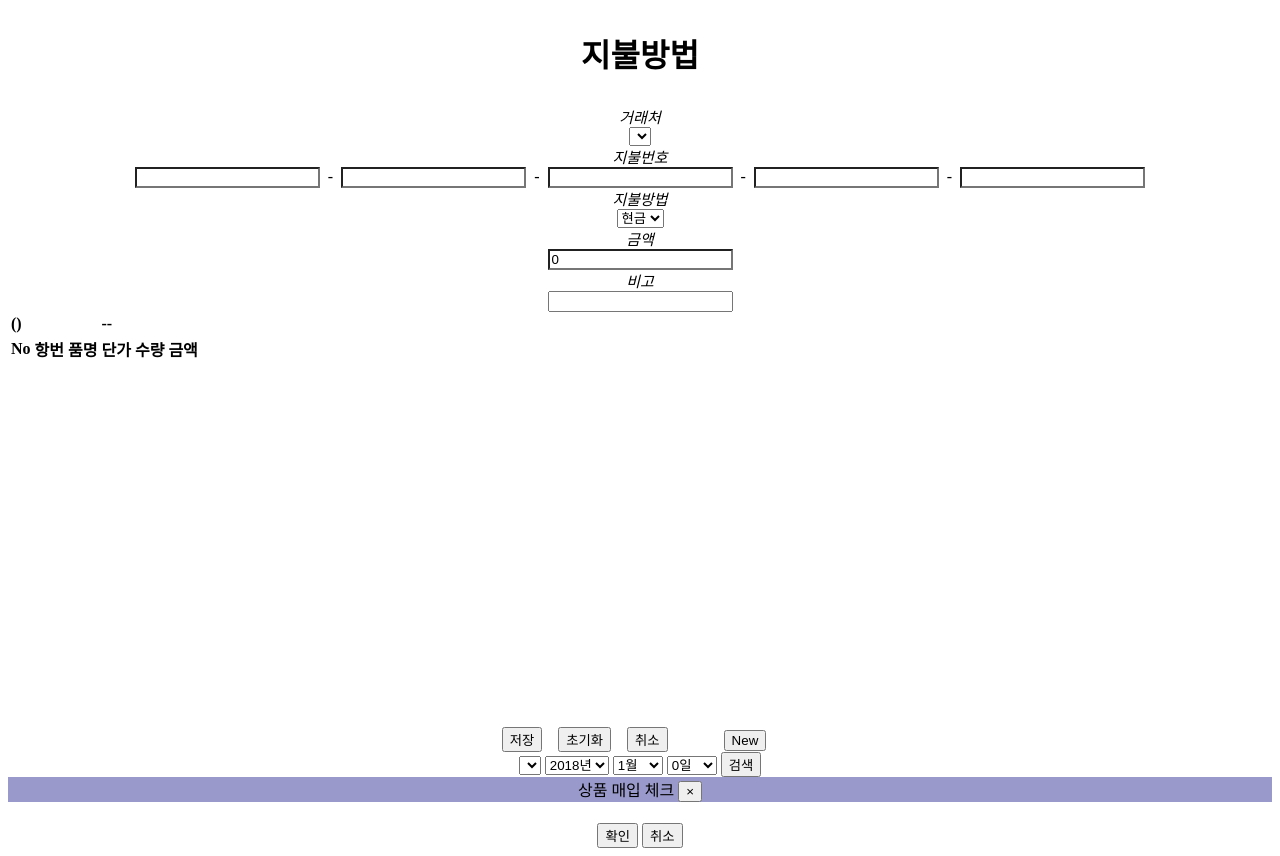
Repository: jaehyuny/springcontentall
Page: http://localhost/ncs4project/WEB-INF/views/distribution/pay_insert_form.jsp
These files come from the project's save history. The page is drawn as it stood at one moment and after the next save; the edit follows.
The browser window is 1280 px wide. The pictures show the whole page.
The page is served by Tomcat 9. Nobody is signed in. Other server files are loaded and not shown. The template is opened directly, without the code that normally fills it, so the values that code supplies are empty.

Above is the page before, as saved 2018-07-25 06:36:49.

### ncs4webproject/ncs4project/src/main/webapp/WEB-INF/views/distribution/pay_insert_form.jsp
<%@ page language="java" contentType="text/html; charset=UTF-8"
    pageEncoding="UTF-8"%>
    <%@ taglib uri="http://java.sun.com/jsp/jstl/core" prefix="c" %>
<!DOCTYPE html PUBLIC "-//W3C//DTD HTML 4.01 Transitional//EN" "http://www.w3.org/TR/html4/loose.dtd">
<html>
<head>
<meta http-equiv="Content-Type" content="text/html; charset=UTF-8">
<title>Insert title here</title>
</head>
<body>
	<form id="buy_form" name="buy_form" action="buyinsert" method="post">
		<input type="hidden" id="vendname" name="vendname">
		<input type="hidden" id="seq" name="seq" value="0">
		<input type="hidden" id="beforeqty" name="beforeqty" value="0">
		<input type="hidden" id="beforeprocode" name="beforeprocode" value="0">
		<input type="hidden" id="beforeprice" name="beforeprice" value="0">
		<div class="container" style="text-align: center">
			<div style="margin-top: 30px">
				<h1>지불방법</h1>
			</div>
			<div class="row" style="margin-top: 30px">
				<div class="input-group mb-3 col-md-6">
					<div class="input-group mb-3">
						<div class="input-group-prepend">
							<span class="input-group-text" style="width: 100px"><i
								class="fas fa-address-card" style="font-size: 15px"> 거래처</i></span>
						</div>
						<select id="selectvender" name="vendcode" class="form-control">
							<c:forEach var="vender" items="${venders}">
								<option value="${vender.code}"<c:if test="${vender.code == buy.vendcode}">selected</c:if>>${vender.name}</option>
							</c:forEach>
						</select>
					</div>
					<div class="input-group mb-3">
						<div class="input-group-prepend">
							<span class="input-group-text" style="width: 100px"><i
								class="fas fa-address-card" style="font-size: 15px"> 지불번호</i></span>
						</div>
						<input type="text" id="yyyy" name="yyyy" class="form-control" style="background-color: #fff" value="${buy.yyyy}" readonly>
						&nbsp-&nbsp
						<input type="text" id="mm" name="mm" class="form-control" style="background-color: #fff" value="${buy.mm}" readonly>
						&nbsp-&nbsp
						<input type="text" id="dd" name="dd" class="form-control" style="background-color: #fff" value="${buy.dd}" readonly>
						&nbsp-&nbsp
						<input type="text" id="no" name="no" class="form-control" style="background-color: #fff" value="${buy.no}" readonly>
						&nbsp-&nbsp
						<input type="text" id="hang" name="hang" class="form-control" style="background-color: #fff" value="${buy.hang}" readonly>
					</div>
					<div class="input-group mb-3">
						<div class="input-group-prepend">
							<span class="input-group-text" style="width: 100px"><i
								class="fas fa-address-card" style="font-size: 15px"> 지불방법</i></span>
						</div>
						<select id="payway" name="payway" class="form-control">
							<option value="현금">현금</option>
							<option value="어음">어음</option>
							<option value="카드">카드</option>
						</select>
					</div>
					<div class="input-group mb-3">
						<div class="input-group-prepend">
							<span class="input-group-text" style="width: 100px"><i
								class="fas fa-address-card" style="font-size: 15px"> 금액</i></span>
						</div>
						<input type="text" id="amount" name="amount" class="form-control" style="background-color: #fff" value="0"
							maxlength="9" readonly>
					</div>
					<div class="input-group mb-3">
						<div class="input-group-prepend">
							<span class="input-group-text" style="width: 100px"><i
								class="fas fa-address-card" style="font-size: 15px"> 비고</i></span>
						</div>
						<input type="text" id="memo" name="memo" class="form-control"
							maxlength="30">
					</div>
				</div>
				<div class="input-group mb-3 col-md-6" style="overflow:auto; height:415px">
					<div class="input-group mb-3">
						<table class="table table-bordered">
							<thead class="thead-dark">
								<tr style="text-align: left">
									<c:choose>
										<c:when test="${y == null}">
											<th colspan="3">(${buy.vendname})</th>
											<th colspan="3">${buy.yyyy}-${buy.mm}-${buy.dd}</th>
										</c:when>
										<c:otherwise>
											<th colspan="3">${vn}</th>
											<th colspan="3">
											<c:choose>
												<c:when test="${d != 0}">${y}-${m}-${d}</c:when>
												<c:otherwise>${y}-${m}</c:otherwise>
											</c:choose>
											</th>
										</c:otherwise>
									</c:choose>
								</tr>
								<tr>
									<th>No</th>
									<th>항번</th>
									<th>품명</th>
									<th>단가</th>
									<th>수량</th>
									<th>금액</th>
								</tr>
							</thead>
							<c:forEach var="buy" items="${buys}" varStatus="status">
								<tbody>
									<tr>
									<c:choose>
										<c:when test="${buy.hang==0 && buy.no !=0}">
											<td> </td>
											<td> </td>
											<td>소계</td>
											<td> </td>
											<td>${buy.qty}</td>
											<td>${buy.total}</td>
										</c:when>
										<c:when test="${buy.hang==0 && buy.no ==0}">
											<td></td>
											<td></td>
											<td>총계</td>
											<td></td>
											<td>${buy.qty}</td>
											<td>${buy.total}</td>
										</c:when>
										<c:otherwise>
											<c:choose>
												<c:when test="${d != 0}">
													<td>${buy.no}</td>
												</c:when>
												<c:otherwise>
													<td>${buy.dd}-${buy.no}</td>
												</c:otherwise>
											</c:choose>
											<td>${buy.hang}</td>
											<td><a href="#" onclick="selectedSeq(${buy.seq})">${buy.proname}</a></td>
											<td>${buy.price}</td>
											<td>${buy.qty}</td>
											<td>${buy.total}</td>
										</c:otherwise>
									</c:choose>
									</tr>
								</tbody>
							</c:forEach>
						</table>
					</div>
				</div>
			</div>
			</form>
			<form id="buysearch_form" action="buysearch" method="get">
			<div class="row">
				<div class="input-group mb-3 col-md-6">
					<button type="button" id="buysave" class="btn btn-primary">저장</button>
					&nbsp&nbsp
					<button type="button" id="buyupdate" class="btn btn-success" style="display: none">update</button>
					<button type="reset" id="buyreset" class="btn btn-success">초기화</button>
					&nbsp&nbsp
					<a href="index"><button type="button" id="buycancel"
							class="btn btn-warning">취소</button></a>
					&nbsp&nbsp&nbsp&nbsp&nbsp&nbsp&nbsp&nbsp&nbsp&nbsp&nbsp&nbsp
					<a href="buyinsertform"><button type="button" id="buynew" class="btn btn-danger">New</button></a>
					&nbsp&nbsp
					<button type="button" id="buydelete" class="btn btn-default"  style="display: none">삭제</button>
				</div>
				<div class="input-group mb-3 col-md-6">
					<select id="searchvender" name="searchvender" class="form-control">
						<c:forEach var="vender" items="${venders}">
							<option value="${vender.code}"<c:if test="${vender.code == vn}">selected</c:if>>${vender.name}</option>
						</c:forEach>
					</select>
					<select id="searchyyyy" name="searchyyyy" class="form-control">
						<c:forEach begin="1" end="18" var="x" step="1">
							<c:choose>
								<c:when test="${x <= 9}">
									<option value="20${19-x}">20${19-x}년</option>
								</c:when>
								<c:otherwise>
									<option value="200${19-x}">200${19-x}년</option>
								</c:otherwise>
							</c:choose>
						</c:forEach>
					</select>
					<select id="searchmm" name="searchmm" class="form-control">
						<c:forEach var="i" begin="1" end="12" step="1">
							<option value="${i}"<c:if test="${i == m}">selected</c:if>>${i}월</option>
						</c:forEach>
					</select>
					<select id="searchdd" name="searchdd" class="form-control">
						<c:forEach var="i" begin="0" end="31" step="1">
							<option value="${i}"<c:if test="${i == d}">selected</c:if>>${i}일</option>
						</c:forEach>
					</select>
					<button type="button" id="buysearch" class="btn btn-primary">검색</button>
				</div>
			</div>
			<!-- Modal -->
			<div id="buymyModal" class="modal fade" role="dialog">
				<div class="modal-dialog">

					<!-- Modal content-->
					<div class="modal-content">
						<div class="modal-header" style="background-color: #9999cc">
							상품 매입 체크
							<button type="button" class="close" data-dismiss="modal">&times;</button>
							<h4 class="modal-title"></h4>
						</div>
						<div class="buy-modal-body">
							<p><span id="modalmsgvender"></span></p>
							<p><span id="modalmsgproduct"></span></p>
							<p><span id="modalmsg"></span></p>
						</div>
						<div class="modal-footer">
							<button type="button" class="btn btn-success buy_modal_btn1" data-dismiss="modal">확인</button>
							<button type="button" class="btn btn-success buy_modal_btn2" data-dismiss="modal">취소</button>
						</div>
					</div>
				</div>
			</div>
		</div>
	</form>
</body>
</html>

After the next save:
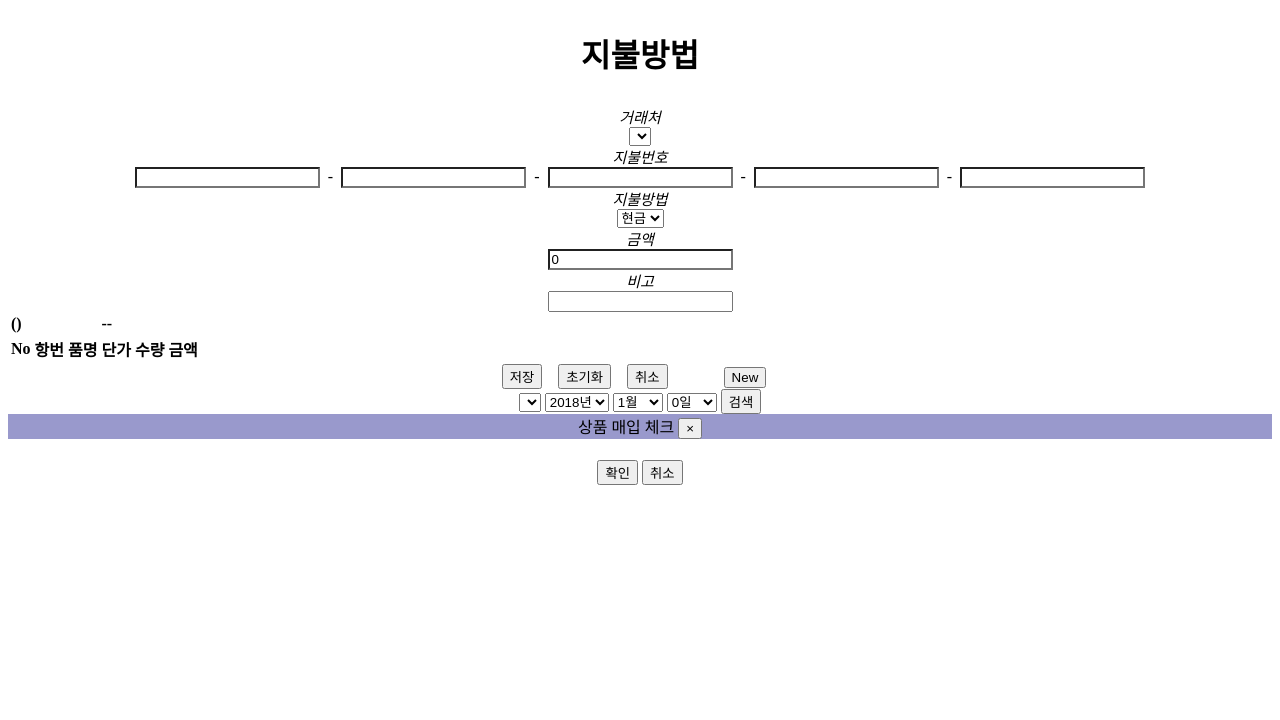
Saved 30 s later.
--- a/ncs4webproject/ncs4project/src/main/webapp/WEB-INF/views/distribution/pay_insert_form.jsp
+++ b/ncs4webproject/ncs4project/src/main/webapp/WEB-INF/views/distribution/pay_insert_form.jsp
@@ -74,7 +74,7 @@
 							maxlength="30">
 					</div>
 				</div>
-				<div class="input-group mb-3 col-md-6" style="overflow:auto; height:415px">
+				<div class="input-group mb-3 col-md-6" style="overflow:auto; ">
 					<div class="input-group mb-3">
 						<table class="table table-bordered">
 							<thead class="thead-dark">
